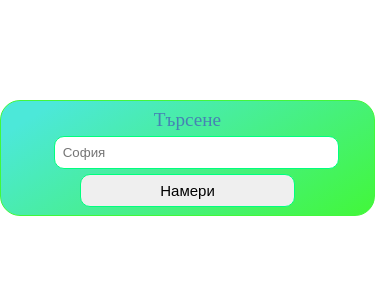
Repository: GeryZlatev/address-search
Page: /
The author's editor kept a copy of each file at every save. The page is drawn from the files as they stood at one save, then again after the next save.
The browser window is 375 px wide. The pictures show the whole page.
The project was rebuilt for these pictures with package versions that can differ from the ones it lists, and the page was loaded fresh each time.

Above is the page before, as saved 2021-04-09 20:45:31.

After the next save:
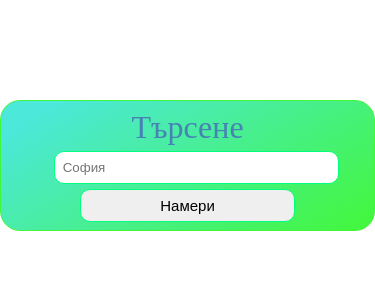
Saved 7 s later.
--- a/src/components/SearchBar/SearchBar.module.css
+++ b/src/components/SearchBar/SearchBar.module.css
@@ -70,6 +70,6 @@
 }
 
 .search-form label {
-    font-size: larger;
+    font-size: xx-large;
 }
 }
